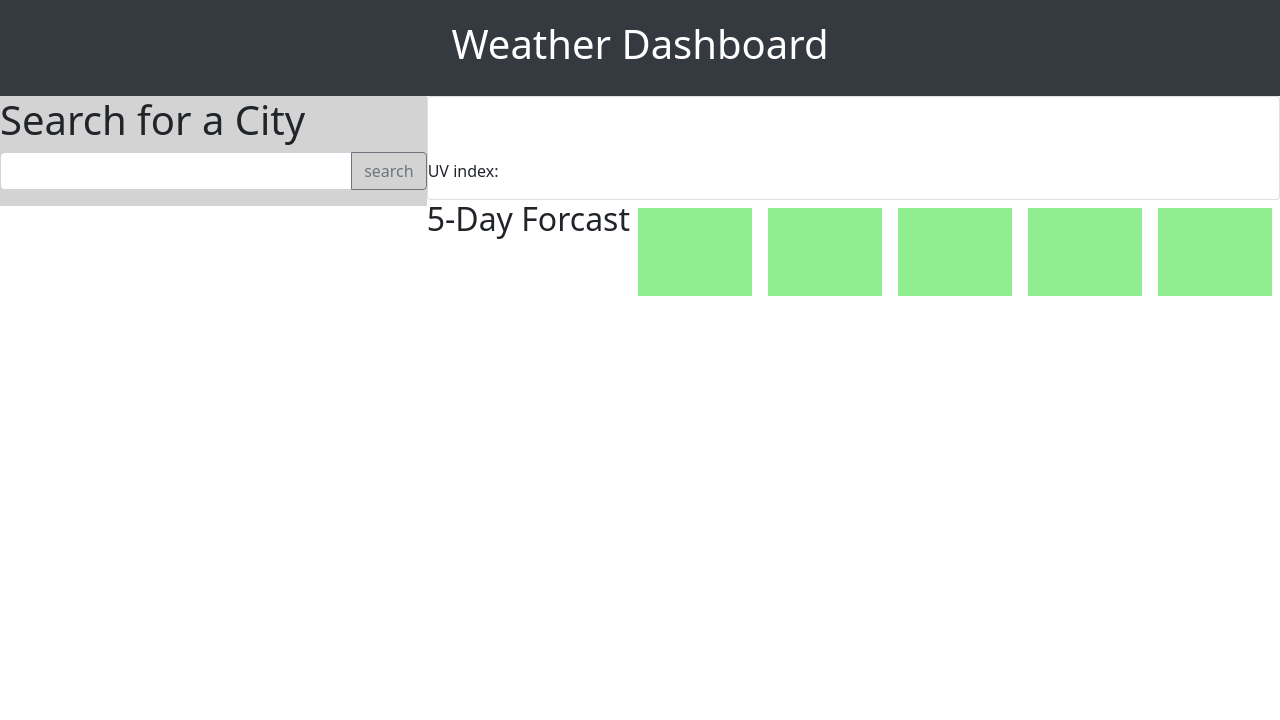
Repository: ziffoit/Weather_Dashboard
Page: index.html
These files come from the project's save history. The page is drawn as it stood at one moment and after the next save; the edit follows.
The browser window is 1280 px wide. The pictures show the whole page.

Above is the page before, as saved 2021-03-27 18:45:06.
Console error: SyntaxError: Unexpected identifier 'name'

### index.html
<!DOCTYPE html>
<html lang="en">
  <head>
    <meta charset="UTF-8" />
    <meta name="viewport" content="width=device-width, initial-scale=1.0" />
    <link
      href="https://cdn.jsdelivr.net/npm/bootstrap@5.0.0-beta3/dist/css/bootstrap.min.css"
      rel="stylesheet"
      integrity="sha384-eOJMYsd53ii+scO/bJGFsiCZc+5NDVN2yr8+0RDqr0Ql0h+rP48ckxlpbzKgwra6"
      crossorigin="anonymous"
    />
    <link rel="stylesheet" href="./Assets/style.css" />
    <title>Document</title>
  </head>
  <body>
    <header id="header">
      <h1>Weather Dashboard</h1>
    </header>
    <aside class="col-md-4">
      <h1>Search for a City</h1>
      <div class="input-group mb-3">
        <input type="text" class="form-control" id="cityName" />
        <button class="btn btn-outline-secondary" id="search">search</button>
      </div>
      <div></div>
    </aside>
    <section class="col-lg-8" id="main">
      <div class="card">
        <h2>
          <span id="nameDate"></span>
          <img id="weatherIcon" />
        </h2>
        <div class="">
          <p id="temp"></p>
          <p id="humidity"></p>
          <p id="windSpeed"></p>
          <p>
            UV index:
            <span id="uv"></span>
          </p>
        </div>
      </div>
      <section class="row-col-5 d-flex">
        <h2>5-Day Forcast</h2>

        <div class="card-body">
          <p id="date1"></p>
          <img id="icon1" />
          <p id="temp1"></p>
          <p id="humidity1"></p>
        </div>
        <div class="card-body">
          <p id="date2"></p>
          <img id="icon2" />
          <p id="temp2"></p>
          <p id="humidity2"></p>
        </div>
        <div class="card-body">
          <p id="date3"></p>
          <img id="icon3" />
          <p id="temp3"></p>
          <p id="humidity3"></p>
        </div>
        <div class="card-body">
          <p id="date4"></p>
          <img id="icon4" />
          <p id="temp4"></p>
          <p id="humidity4"></p>
        </div>
        <div class="card-body">
          <p id="date5"></p>
          <img id="icon5" />
          <p id="temp5"></p>
          <p id="humidity5"></p>
        </div>
      </section>
    </section>
    <script src="https://code.jquery.com/jquery-3.6.0.min.js"></script>
    <script src="./Assets/script.js"></script>
  </body>
</html>

### Assets/style.css
#header {
  text-align: center;
  background-color: #343a40;
  padding: 20px;
}

header > h1 {
  color: white;
}

aside {
  background-color: lightgray;
  float: left;
}

#main {
  float: right;
}

.card-body {
  background-color: lightgreen;
  margin: 8px;
}

### Assets/script.js
var apiKey = "665b0a1eacab2f0c5a8cae8e0d5d8de0"

$("#search").on("click", function() {
    var cityName = $("#cityName").val()
    console.log(cityName)
    todaysWeather(cityName)
})

function todaysWeather(cityName) {
    console.log(cityName)
    //  `${var}` instead of + for concat
    fetch(`http://api.openweathermap.org/data/2.5/weather?q=${cityName}&appid=${apiKey}&units=imperial`)
    .then(function(response) {
        return response.json()
    })
    .then(function(data) {
        console.log(data)
        var nameDate = $("#nameDate")
        // adding date in javascript
        nameDate.append(`${data.name} ${new Date().toLocaleDateString()}`)
        var temp = $("#temp")
        temp.append(`Temperature: ${data.main.temp.toString().slice(0,2)}°F`)
        var humidity = $("#humidity")
        humidity.append(`Humidity: ${data.main.humidity}%`)
        var windSpeed = $("#windSpeed")
        windSpeed.append(`Wind Speed: ${data.wind.speed.toString().slice(0,3)}`)
    })
}
// 5 day forcast
api.openweathermap.org/data/2.5/forecast?q={city name}&appid={API key}

After the next save:
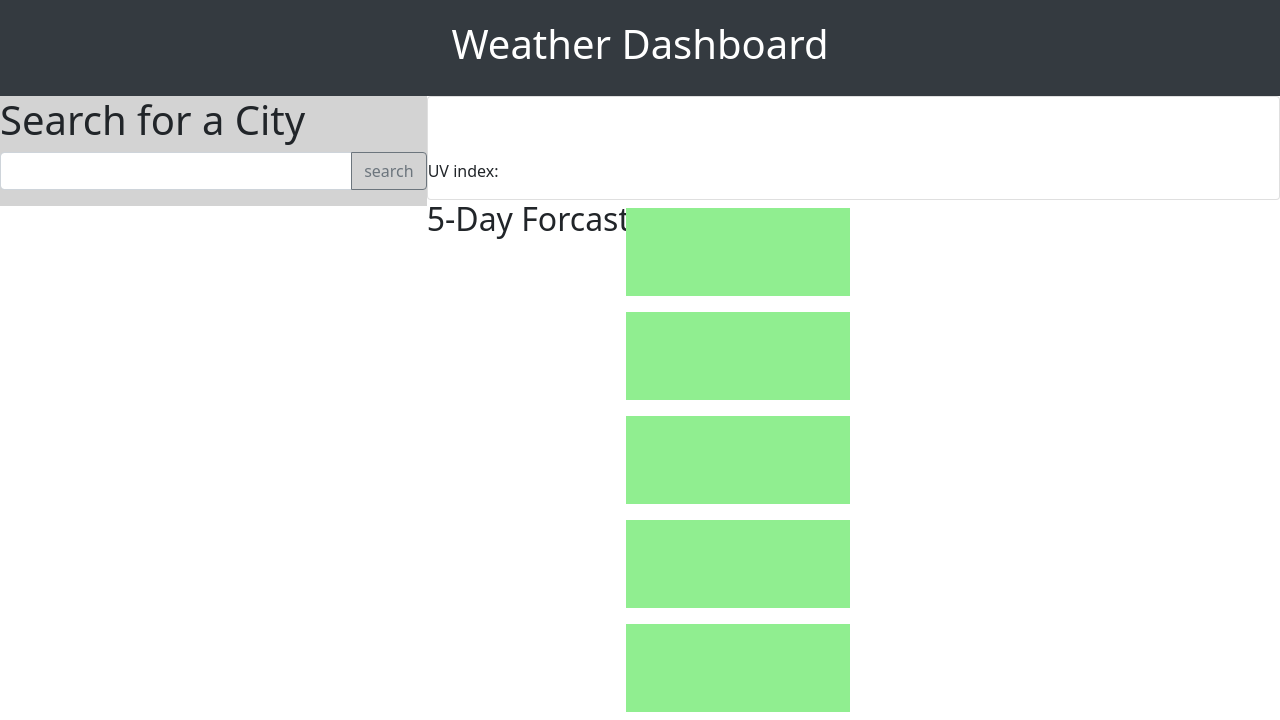
Saved 3 min 36 s later.
--- a/index.html
+++ b/index.html
@@ -41,37 +41,40 @@
         </div>
       </div>
       <section class="row-col-5 d-flex">
-        <h2>5-Day Forcast</h2>
-
-        <div class="card-body">
-          <p id="date1"></p>
-          <img id="icon1" />
-          <p id="temp1"></p>
-          <p id="humidity1"></p>
+        <div class="row">
+          <h2>5-Day Forcast</h2>
         </div>
-        <div class="card-body">
-          <p id="date2"></p>
-          <img id="icon2" />
-          <p id="temp2"></p>
-          <p id="humidity2"></p>
-        </div>
-        <div class="card-body">
-          <p id="date3"></p>
-          <img id="icon3" />
-          <p id="temp3"></p>
-          <p id="humidity3"></p>
-        </div>
-        <div class="card-body">
-          <p id="date4"></p>
-          <img id="icon4" />
-          <p id="temp4"></p>
-          <p id="humidity4"></p>
-        </div>
-        <div class="card-body">
-          <p id="date5"></p>
-          <img id="icon5" />
-          <p id="temp5"></p>
-          <p id="humidity5"></p>
+        <div class="row">
+          <div class="card-body">
+            <p id="date1"></p>
+            <img id="icon1" />
+            <p id="temp1"></p>
+            <p id="humidity1"></p>
+          </div>
+          <div class="card-body">
+            <p id="date2"></p>
+            <img id="icon2" />
+            <p id="temp2"></p>
+            <p id="humidity2"></p>
+          </div>
+          <div class="card-body">
+            <p id="date3"></p>
+            <img id="icon3" />
+            <p id="temp3"></p>
+            <p id="humidity3"></p>
+          </div>
+          <div class="card-body">
+            <p id="date4"></p>
+            <img id="icon4" />
+            <p id="temp4"></p>
+            <p id="humidity4"></p>
+          </div>
+          <div class="card-body">
+            <p id="date5"></p>
+            <img id="icon5" />
+            <p id="temp5"></p>
+            <p id="humidity5"></p>
+          </div>
         </div>
       </section>
     </section>
